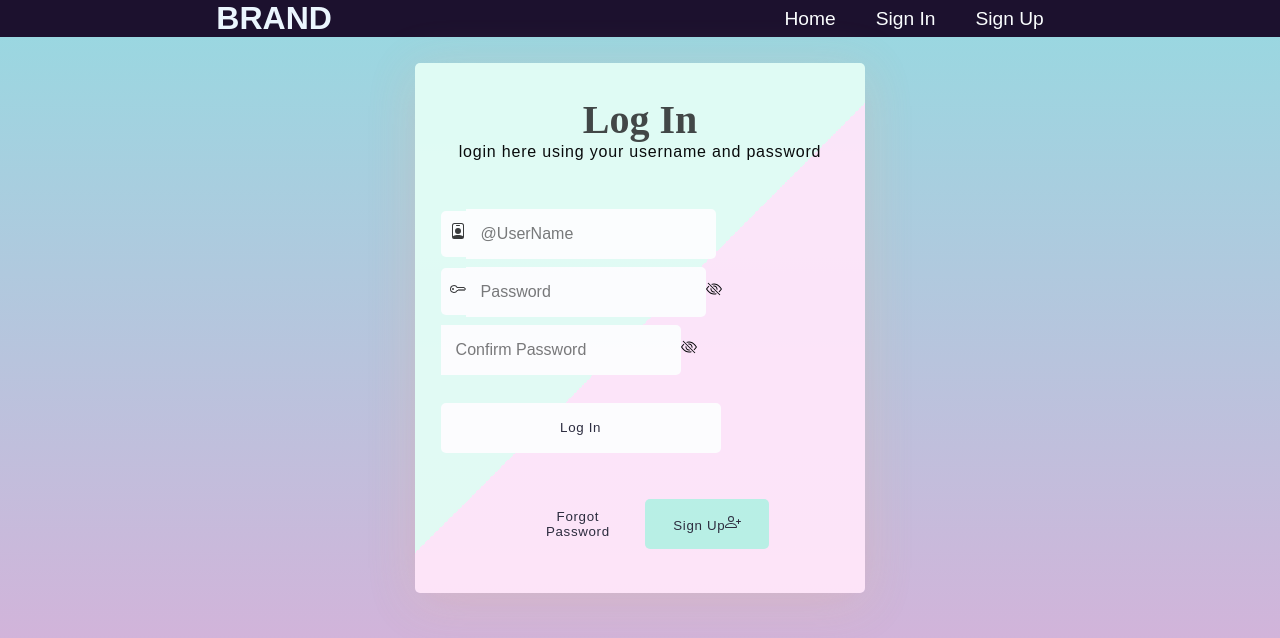
Repository: code-mtaani/ojwang-frontend
Page: /signup
The author's editor kept a copy of each file at every save. The page is drawn from the files as they stood at one save, then again after the next save.
The browser window is 1280 px wide. The pictures show the whole page.
The project was rebuilt for these pictures with package versions that can differ from the ones it lists, and the page was loaded fresh each time. Also part of the build but not shown: vite.config.ts, src/Pages/HomePage/Home.pages.tsx, src/Pages/SignIn/SignIn.pages.tsx.

Above is the page before, as saved 2023-02-01 10:37:11.

After the next save:
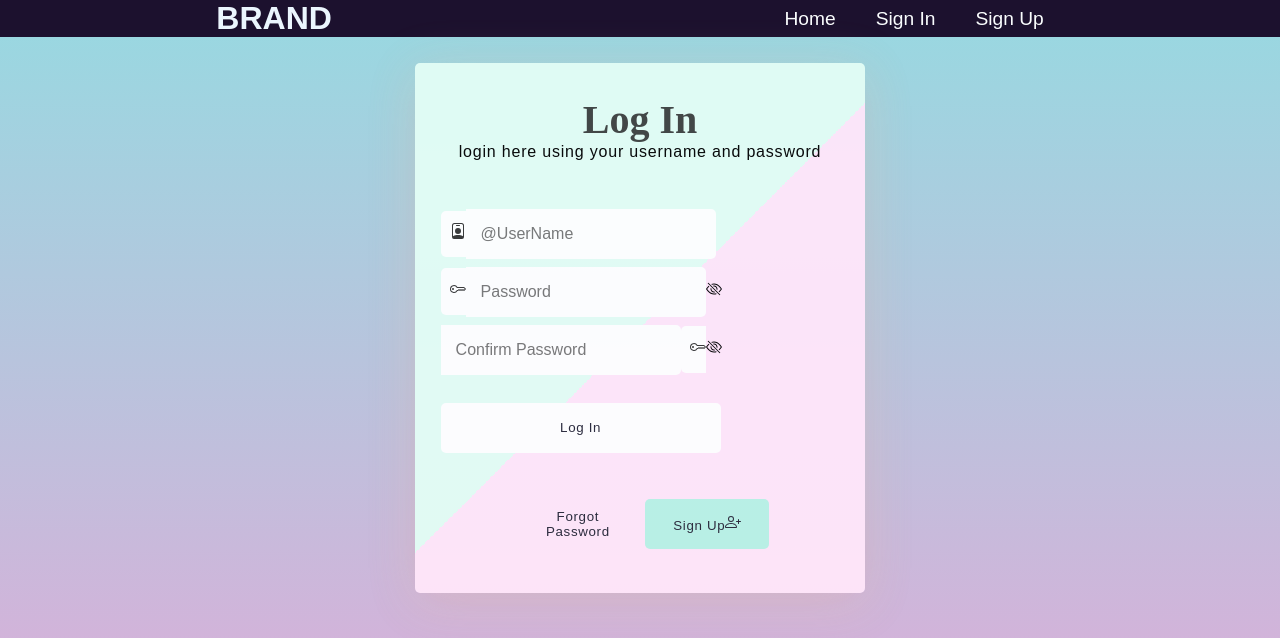
Saved 41 s later.
--- a/src/Pages/SignUp/SignUp.pages.tsx
+++ b/src/Pages/SignUp/SignUp.pages.tsx
@@ -91,6 +91,19 @@ const SignUp = () => {
             />
 
             {/*  Show/hide password */}
+            <span className="input-item">
+              <svg
+                xmlns="http://www.w3.org/2000/svg"
+                width="16"
+                height="16"
+                fill="currentColor"
+                className="bi bi-key"
+                viewBox="0 0 16 16"
+              >
+                <path d="M0 8a4 4 0 0 1 7.465-2H14a.5.5 0 0 1 .354.146l1.5 1.5a.5.5 0 0 1 0 .708l-1.5 1.5a.5.5 0 0 1-.708 0L13 9.207l-.646.647a.5.5 0 0 1-.708 0L11 9.207l-.646.647a.5.5 0 0 1-.708 0L9 9.207l-.646.647A.5.5 0 0 1 8 10h-.535A4 4 0 0 1 0 8zm4-3a3 3 0 1 0 2.712 4.285A.5.5 0 0 1 7.163 9h.63l.853-.854a.5.5 0 0 1 .708 0l.646.647.646-.647a.5.5 0 0 1 .708 0l.646.647.646-.647a.5.5 0 0 1 .708 0l.646.647.793-.793-1-1h-6.63a.5.5 0 0 1-.451-.285A3 3 0 0 0 4 5z" />
+                <path d="M4 8a1 1 0 1 1-2 0 1 1 0 0 1 2 0z" />
+              </svg>
+            </span>
             <span>
               <svg
                 xmlns="http://www.w3.org/2000/svg"
